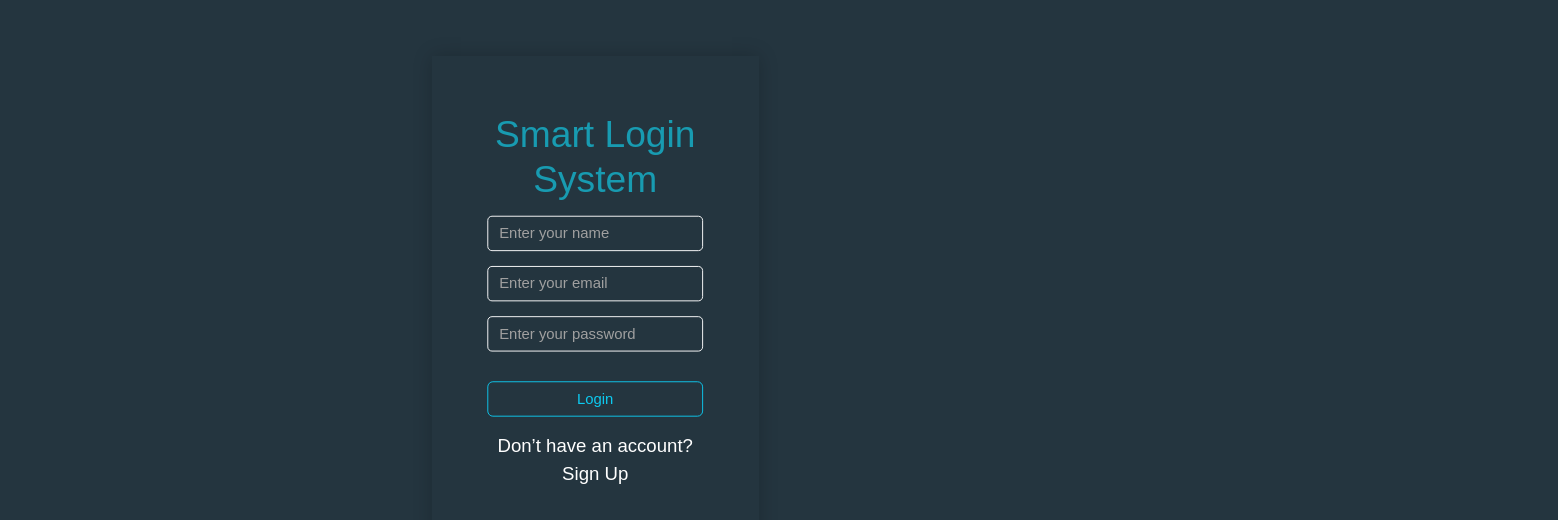
Repository: bodajava/TASK-4
Page: scoundIndex.html
The author's editor kept a copy of each file at every save. The page is drawn from the files as they stood at one save, then again after the next save.
The browser window is 1280 px wide. The page is 1280 px wide, then 1675 px, so the pictures cover 1675 px, including what lies to the right of the window. The pictures show the whole page, at 93% of full size.

Above is the page before, as saved 2025-06-18 03:59:38.

### scoundIndex.html
<!DOCTYPE html>
<html lang="en">
  <head>
    <link rel="stylesheet" href="CSS/all.min.css" />
    <link rel="stylesheet" href="CSS/bootstrap.css" />
    <link rel="stylesheet" href="CSS/style.css" />
    <meta charset="UTF-8" />
    <meta name="viewport" content="width=device-width, initial-scale=1.0" />
    <title>Document</title>
  </head>
  <body>
    <div id="item" class="container text-center">
      <div id="item2" class="m-auto w-75">
        <h1>Smart Login System</h1>
        <input
          type="text"
          class="form-control my-3"
          placeholder="Enter your name"
          id="signinEmail"
        />
        <input
          type="password"
          class="form-control my-3"
          placeholder="Enter your email"
          id="signinPassword"
        />
        <input
          type="password"
          class="form-control my-3"
          placeholder="Enter your password"
          id="signinPassword"
        />
        <button class="btn btn-outline-info w-100 my-3">Login</button>
        <p class="paragraph">
          Don’t have an account?
          <a class="anchor" href="index.html">Sign Up</a>
        </p>
      </div>
    </div>
    <script src="js/bootstrap.bundle.min.js"></script>
    <script src="js/index.js"></script>
  </body>
</html>

### CSS/style.css
* {
  padding: 0;
  margin: 0;
  box-sizing: border-box;
}

body {
  background-color: #24353f;
  display: flex;
  justify-content: center;
  align-items: center;
  font-family: Arial, sans-serif;
}

#item {
  margin-top: 60px;
  margin-left: 390px;
  margin-right: 390px;
  padding-left: 15px;
  padding-right: 15px;
}

#item2 {
  box-shadow: 0 0 20px rgba(0, 0, 0, 0.2);
  margin-left: 138.75px;
  margin-right: 138.75px;
  padding-left: 60px;
  padding-right: 60px;
  padding-top: 60px;
  padding-bottom: 60px;
}

h1 {
  color: #189bb1;
}

.anchor {
  text-decoration: none;
}

.anchor:hover {
  text-decoration: underline;
}

.paragraph {
  font-size: 20px;
  line-height: 30px;
  font-weight: 400;
  color: white;
}

.paragraph a {
  font-size: 20px;
  line-height: 30px;
  font-weight: 400;
  color: white;
}

.form-control {
  background-color: #24353f;
  border: 1px solid white;
  color: #fff;
  border-radius: 5px;
}

.form-control::placeholder {
  color: #a0a0a0;
}

.form-control:focus {
  background-color: #24353f;
  color: #fff;
  border-color: #189bb1;
  outline: none;
  box-shadow: none;
}

.btnn {
  text-decoration: none;
  color: #189bb1;
}

.btnn:hover {
  color: white;
}

#box {
  box-shadow: 0 0 20px rgba(0, 0, 0, 0.2);
}

Loaded but not shown: CSS/all.min.css (library); CSS/bootstrap.css (library); js/bootstrap.bundle.min.js (library); js/index.js (no copy from this time; the picture is the same without it)

After the next save:
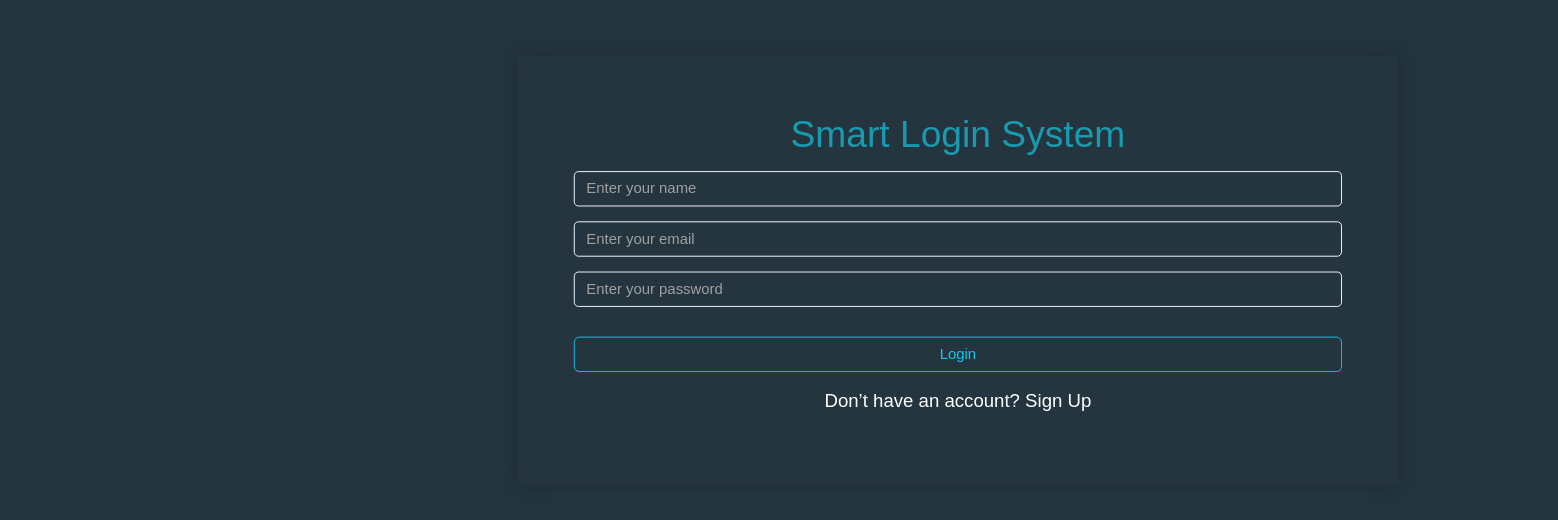
Saved 28 s later.
--- a/scoundIndex.html
+++ b/scoundIndex.html
@@ -9,32 +9,34 @@
     <title>Document</title>
   </head>
   <body>
-    <div id="item" class="container text-center">
-      <div id="item2" class="m-auto w-75">
-        <h1>Smart Login System</h1>
-        <input
-          type="text"
-          class="form-control my-3"
-          placeholder="Enter your name"
-          id="signinEmail"
-        />
-        <input
-          type="password"
-          class="form-control my-3"
-          placeholder="Enter your email"
-          id="signinPassword"
-        />
-        <input
-          type="password"
-          class="form-control my-3"
-          placeholder="Enter your password"
-          id="signinPassword"
-        />
-        <button class="btn btn-outline-info w-100 my-3">Login</button>
-        <p class="paragraph">
-          Don’t have an account?
-          <a class="anchor" href="index.html">Sign Up</a>
-        </p>
+    <div class="row">
+      <div id="item" class="container text-center">
+        <div id="item2" class="m-auto w-75">
+          <h1>Smart Login System</h1>
+          <input
+            type="text"
+            class="form-control my-3"
+            placeholder="Enter your name"
+            id="signinEmail"
+          />
+          <input
+            type="password"
+            class="form-control my-3"
+            placeholder="Enter your email"
+            id="signinPassword"
+          />
+          <input
+            type="password"
+            class="form-control my-3"
+            placeholder="Enter your password"
+            id="signinPassword"
+          />
+          <button class="btn btn-outline-info w-100 my-3">Login</button>
+          <p class="paragraph">
+            Don’t have an account?
+            <a class="anchor" href="index.html">Sign Up</a>
+          </p>
+        </div>
       </div>
     </div>
     <script src="js/bootstrap.bundle.min.js"></script>
